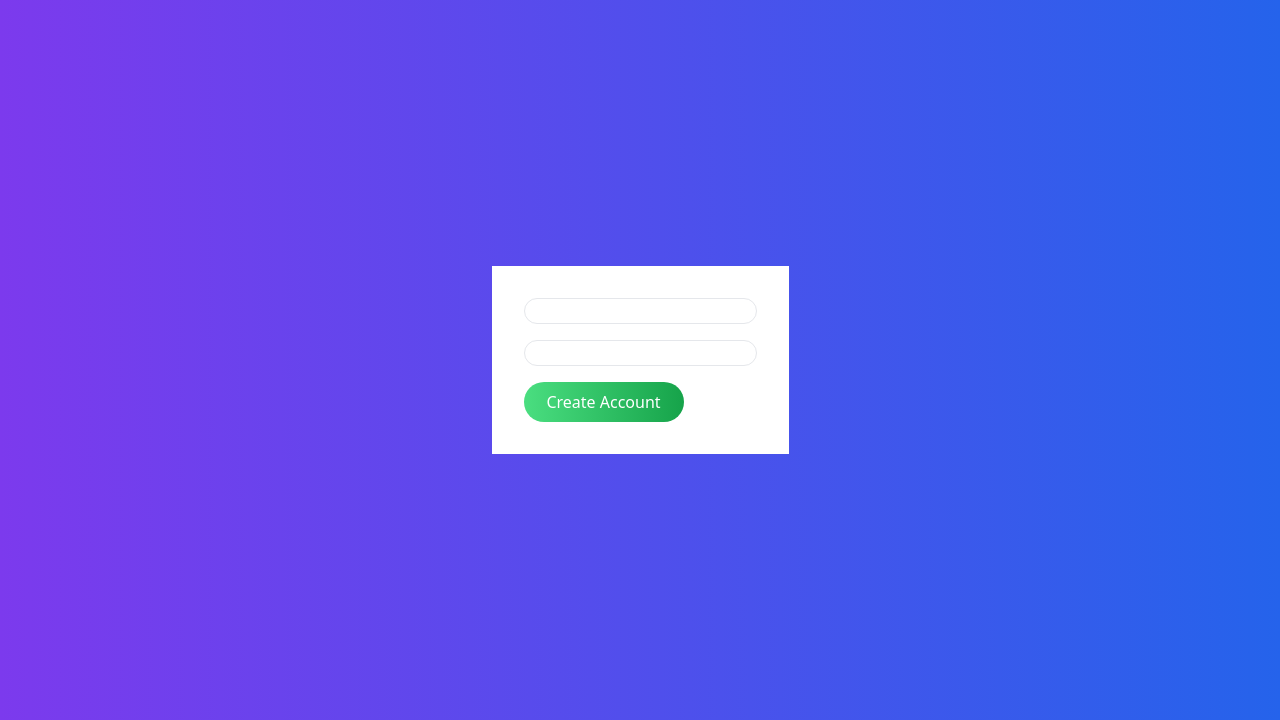
Repository: Velkan33/ReactTypescript
Page: /
The author's editor kept a copy of each file at every save. The page is drawn from the files as they stood at one save, then again after the next save.
The browser window is 1280 px wide. The pictures show the whole page.
The project was rebuilt for these pictures with package versions that can differ from the ones it lists, and the page was loaded fresh each time. Also part of the build but not shown: vite.config.ts.

Above is the page before, as saved 2023-04-05 05:48:16.

After the next save:
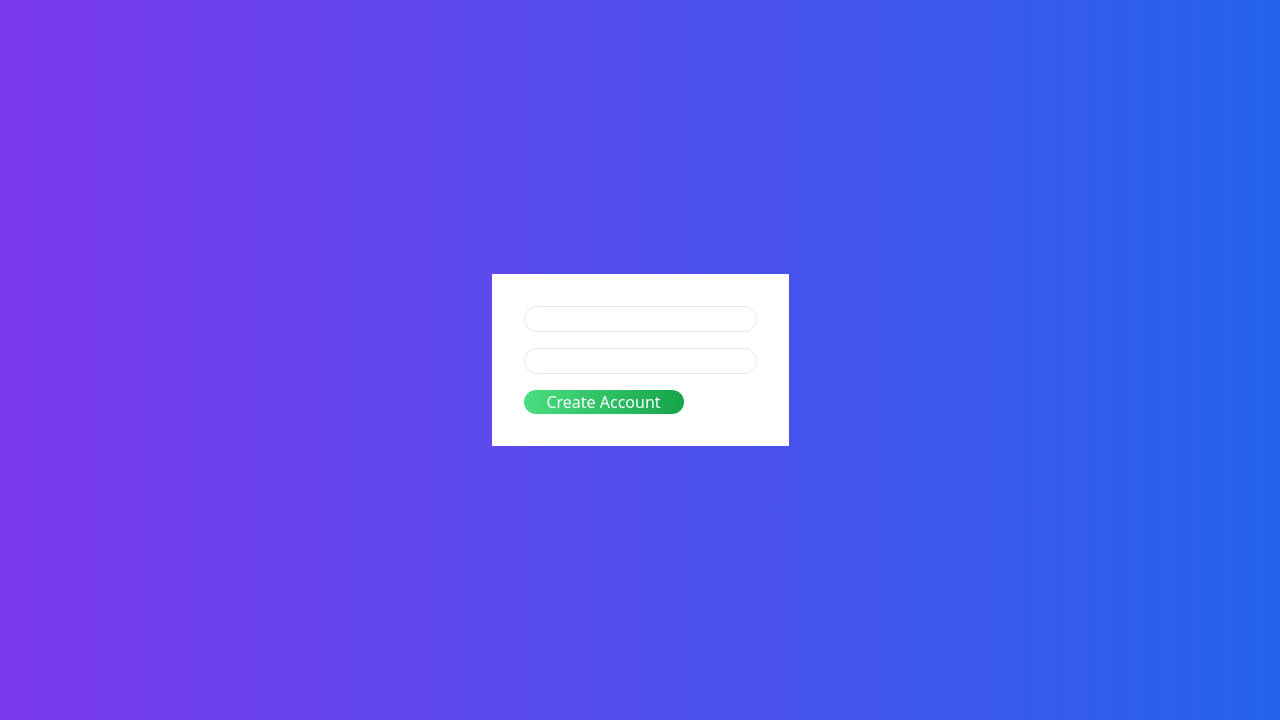
Saved 25 s later.
--- a/src/999_Diario_React/DummyJSONLoggin/LoginCard.tsx
+++ b/src/999_Diario_React/DummyJSONLoggin/LoginCard.tsx
@@ -9,7 +9,7 @@ export default function LoginCard() {
     <input
      type="submit"
      value="Create Account"
-     className="bg-gradient-to-r from-green-400 to-green-600 text-white w-[10rem] h-10 rounded-full "
+     className="bg-gradient-to-r from-green-400 to-green-600 text-white w-[10rem]  rounded-full "
     />
    </form>
   </div>
